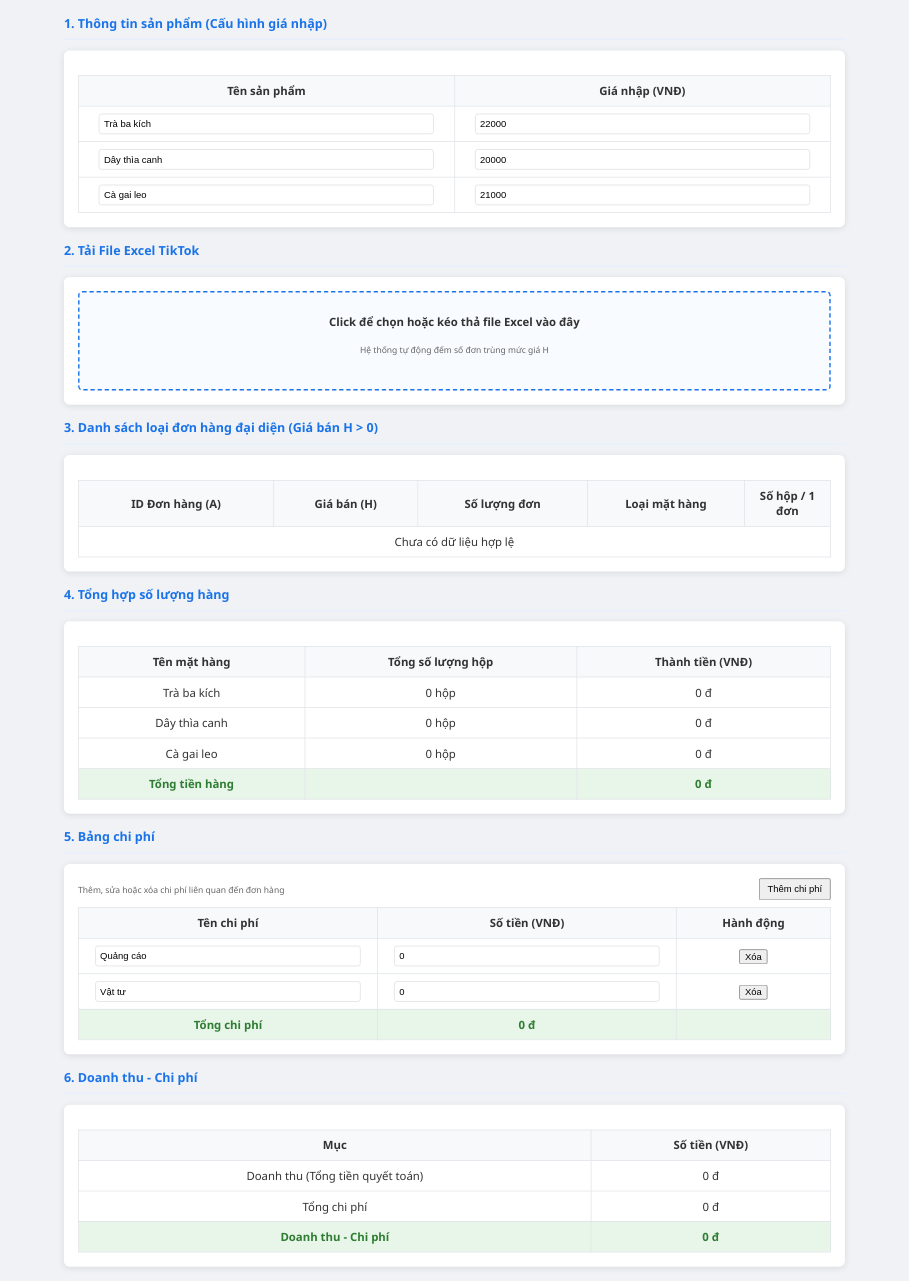
Repository: vanphi96/quyettoan.philv
Page: index.html
These files come from the project's save history. The page is drawn as it stood at one moment and after the next save; the edit follows.
The browser window is 1280 px wide. The pictures show the whole page, at 71% of full size.

Above is the page before, as saved 2026-04-11 22:47:10.

After the next save:
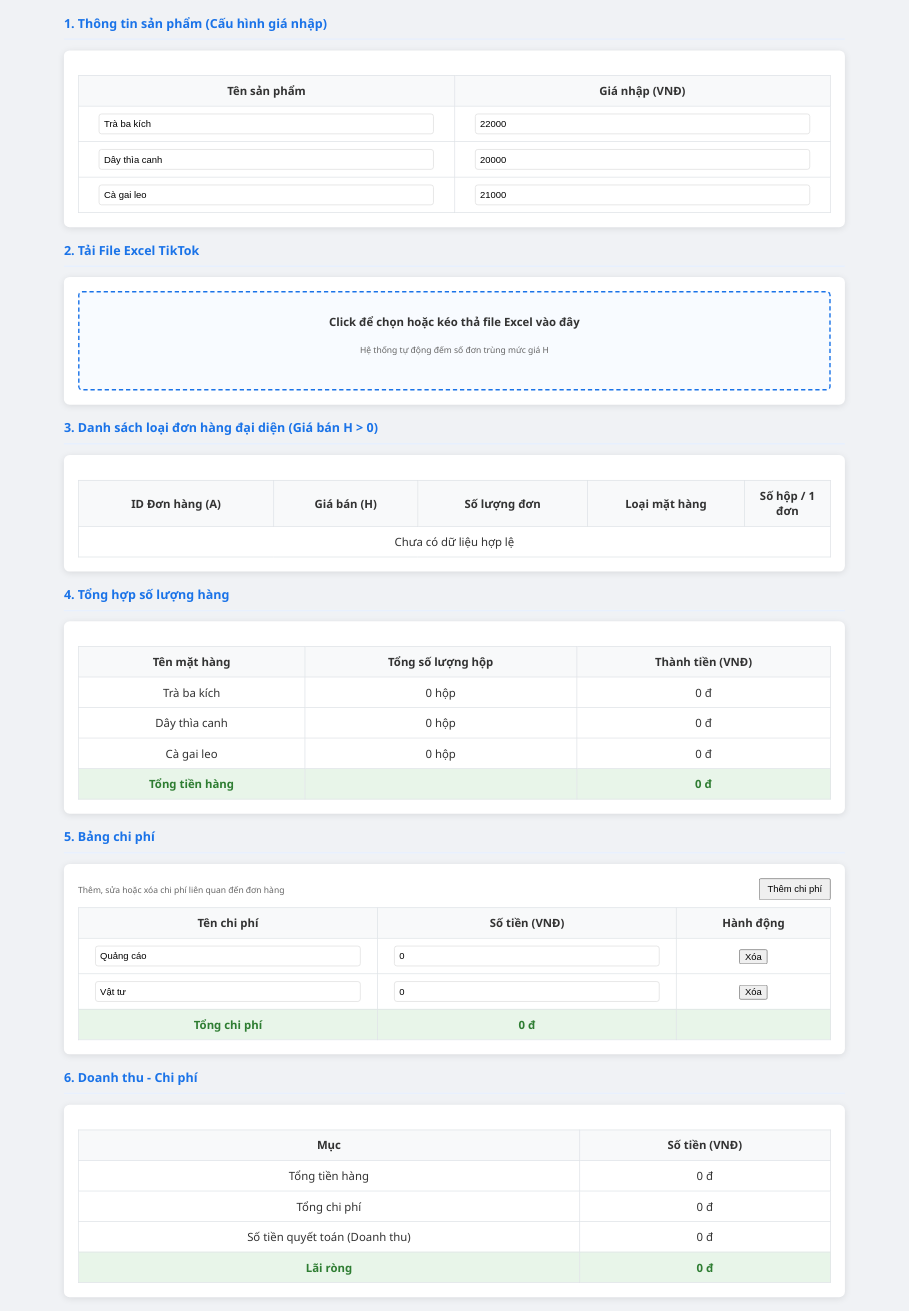
Saved 4 min 10 s later.
--- a/index.html
+++ b/index.html
@@ -115,15 +115,19 @@
             </thead>
             <tbody>
                 <tr>
-                    <td>Doanh thu (Tổng tiền quyết toán)</td>
-                    <td id="revenueValue">0 đ</td>
+                    <td>Tổng tiền hàng</td>
+                    <td id="totalGoodsValue">0 đ</td>
                 </tr>
                 <tr>
                     <td>Tổng chi phí</td>
                     <td id="costsValue">0 đ</td>
                 </tr>
+                <tr>
+                    <td>Số tiền quyết toán (Doanh thu)</td>
+                    <td id="revenueValue">0 đ</td>
+                </tr>
                 <tr class="total-row">
-                    <td>Doanh thu - Chi phí</td>
+                    <td>Lãi ròng</td>
                     <td id="profitValue">0 đ</td>
                 </tr>
             </tbody>
